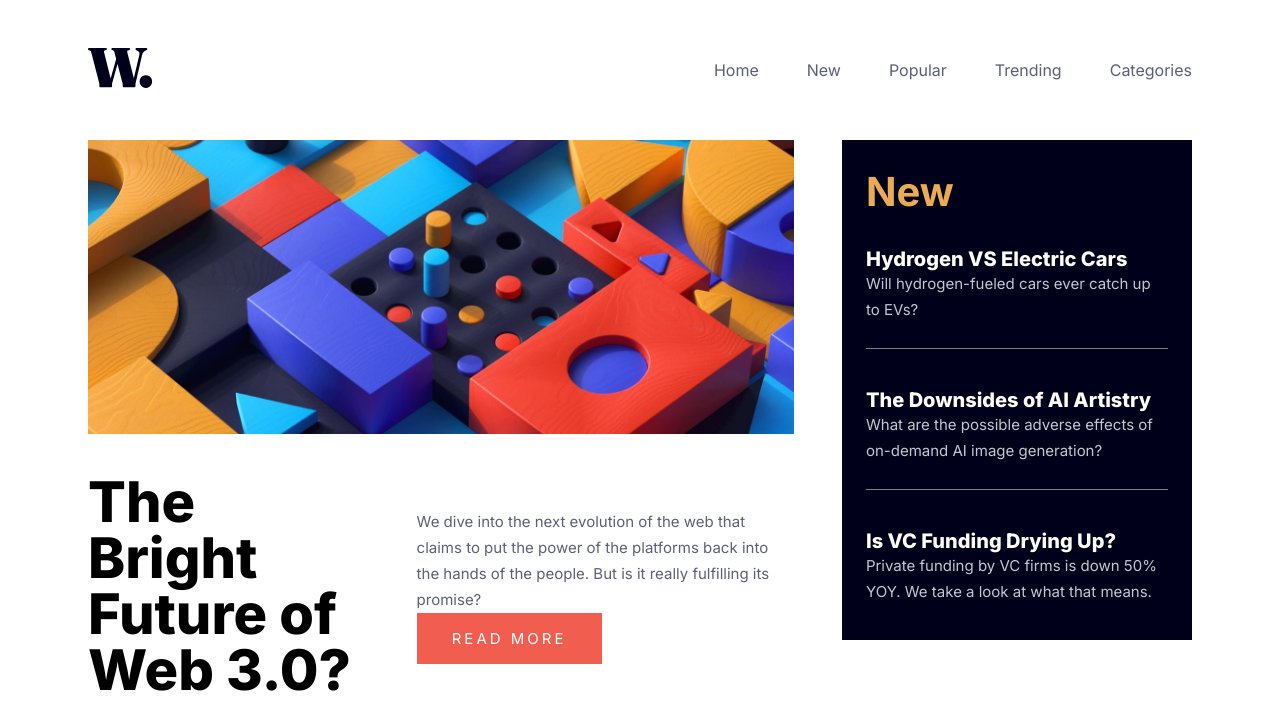
Repository: DevAntonioRogers/FrontendMentor-News-Homepage
Page: index.html
These files come from the project's save history. The page is drawn as it stood at one moment and after the next save; the edit follows.
The browser window is 1280 px wide. The pictures show the whole page.

Above is the page before, as saved 2023-04-21 13:07:31.

### index.html
<!DOCTYPE html>
<html lang="en">
  <head>
    <meta charset="UTF-8" />
    <meta http-equiv="X-UA-Compatible" content="IE=edge" />
    <meta name="viewport" content="width=device-width, initial-scale=1.0" />
    <link rel="stylesheet" href="styles.css" />
    <title>Document</title>
  </head>
  <body>
    <nav>
      <div class="logo">
        <img src="./assets/logo.svg" alt="logo" />
      </div>
      <ul class="nav-menu">
        <li>Home</li>
        <li>New</li>
        <li>Popular</li>
        <li>Trending</li>
        <li>Categories</li>
      </ul>
      <div class="mobile-icons">
        <img src="./assets/icon-menu.svg" alt="" />
        <img src="./assets/icon-menu-close.svg" alt="" />
      </div>
    </nav>

    <section class="hero">
      <div class="left">
        <picture>
          <source srcset="assets/image-web-3-mobile.jpg" media="(max-width: 768px)" />
          <img src="assets/image-web-3-desktop.jpg" alt="banner" />
        </picture>
        <article class="hero-article">
          <div class="hero-article-left">
            <h1>The Bright Future of Web 3.0?</h1>
          </div>
          <div class="hero-article-right">
            <p>
              We dive into the next evolution of the web that claims to put the power of the platforms back into the
              hands of the people. But is it really fulfilling its promise?
            </p>

            <div>
              <button>Read More</button>
            </div>
          </div>
        </article>
      </div>

      <div class="right">
        <h1>New</h1>

        <div>
          <h3>Hydrogen VS Electric Cars</h3>
          <p>Will hydrogen-fueled cars ever catch up to EVs?</p>
        </div>

        <div>
          <h3>The Downsides of AI Artistry</h3>
          <p>What are the possible adverse effects of on-demand AI image generation?</p>
        </div>

        <div>
          <h3>Is VC Funding Drying Up?</h3>
          <p>Private funding by VC firms is down 50% YOY. We take a look at what that means.</p>
        </div>
      </div>
    </section>
  </body>
</html>

### styles.css
@import url('https://fonts.googleapis.com/css2?family=Inter:wght@400;700;800&display=swap');

*{
  box-sizing: border-box;
  margin: 0;
  padding: 0;
  font-family: 'Inter', sans-serif;
}

/* img{
  width: 100%;
  height: 100%;
} */

body{
  max-width: 1200px;
  margin: auto;
  padding: 3rem;
}

a{
  text-decoration: none;
}

li{
  list-style: none;
}

/* NAVBAR STYLES */

nav{
  display: flex;
  justify-content: space-between;
  align-items: center;
}

.nav-menu{
  display: flex;
  gap: 3rem;
}

.nav-menu{
  color: hsl(236, 13%, 42%);
}

.mobile-icons{
  display: none;
}

/* HERO STYLES */

.hero{
  display: flex;
  justify-content: center;
  gap: 3rem;
  margin-top: 3rem;
  max-height: 500px;
}

.left{
  display: flex;
  flex-direction: column;
}

.left img{
  max-width: 100%;
  height: 100%;
}

.hero-article{
  display: flex;
  margin-top: 2.5rem;
  justify-content: center;
  gap: 3rem;
  align-items: center;
}

.hero-article h1{
  font-weight: 800;
  font-size: 56px;
  line-height: 56px;
}

.hero-article-right{
  display: flex;
  flex-direction: column;
  justify-content: space-between;
}

.hero-article button{
  color: white;
  background-color: hsl(5, 85%, 63%);
  width: 185px;
  padding: 1rem;
  font-size: 15px;
  letter-spacing: 3px;
  text-transform: uppercase;
  border: none;
}


.hero-article p{
  font-weight: 400;
  font-size: 15px;
  line-height: 26px;
  color: hsl(236, 13%, 42%);

}











.right{
  background-color: hsl(240, 100%, 5%);
  color: white;
  padding: 2rem 1.5rem;
  display: flex;
  flex-direction: column;
  gap: 2rem;
  min-width: 350px;
}

.right h1{
  font-size: 40px;
  color: hsl(35, 77%, 62%);
  line-height: 40px;
  font-weight: 700;
}

.right h3 {
  font-weight: 800;
  font-size: 20px;
  line-height: 24px;
  color: hsl(36, 100%, 99%);
}

.right p{
  font-weight: 400;
  font-size: 15px;
  line-height: 26px;
  color: hsl(233, 8%, 79%);
}

.right div{
  margin: auto;
  border-bottom: solid 1px grey;
  padding-bottom: 25px;
}

.right div:nth-child(4){
  border: none;
  padding-bottom: 0;
}

After the next save:
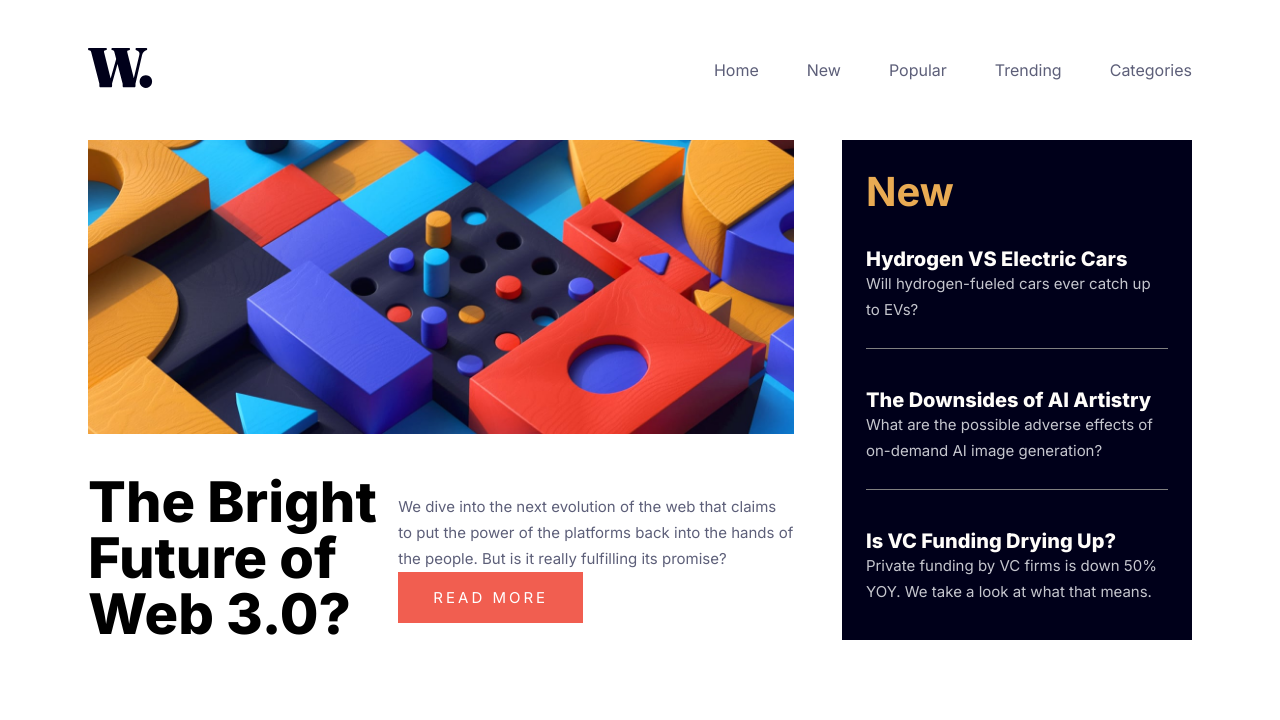
Saved 7 s later.
--- a/styles.css
+++ b/styles.css
@@ -71,7 +71,7 @@ nav{
   display: flex;
   margin-top: 2.5rem;
   justify-content: center;
-  gap: 3rem;
+  gap: 1rem;
   align-items: center;
 }
 
